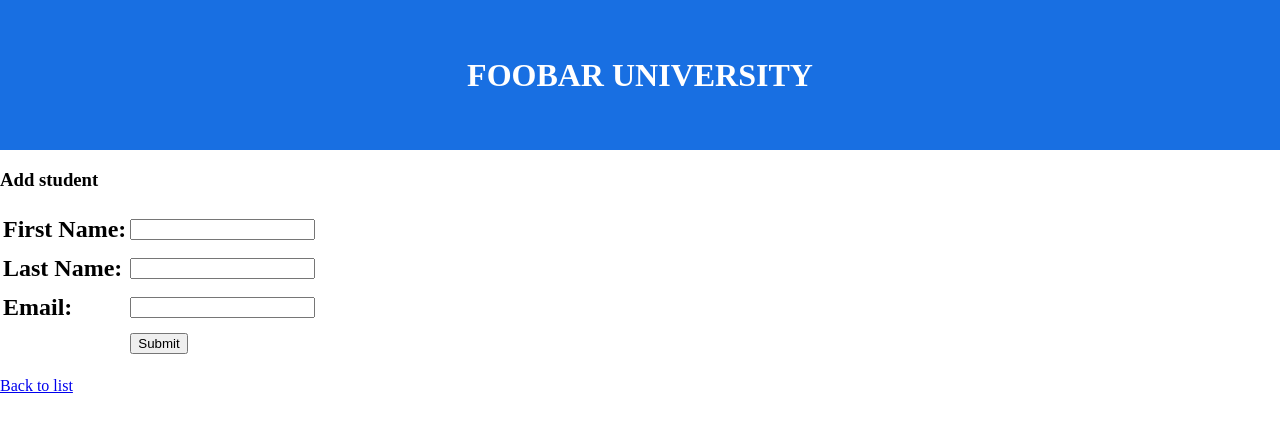
Repository: theslayer2964/Ahihihaha
Page: http://localhost/web_student_tracker/add-student-form.jsp
An editor plug-in stored every save of this project. The page is shown before and after the next save, followed by the edit.
The browser window is 1280 px wide. The pictures show the whole page.
The page is served by Tomcat 9.

Above is the page before, as saved 2022-03-05 08:14:05.

After the next save:
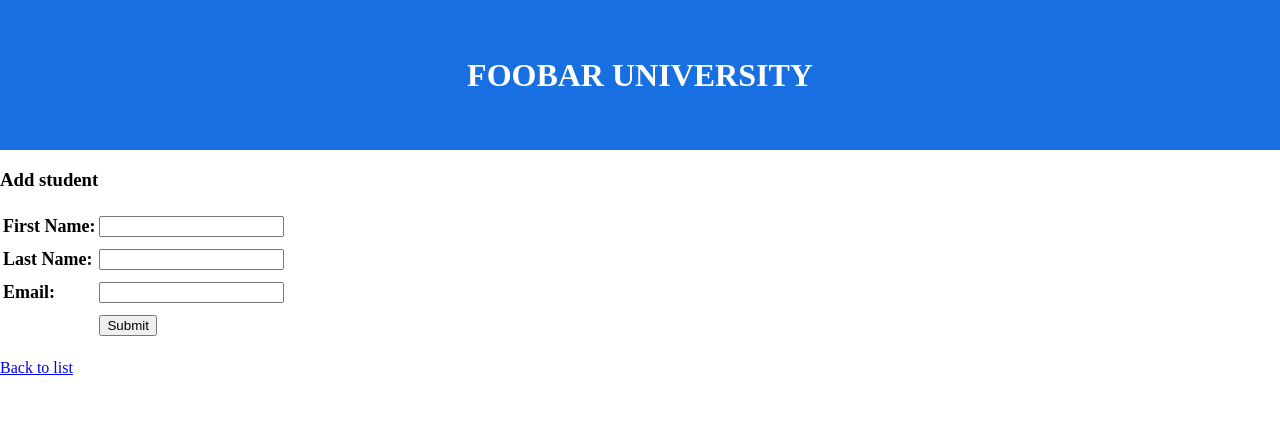
Saved 52 s later.
--- a/web_student_tracker/src/main/webapp/add-student-form.jsp
+++ b/web_student_tracker/src/main/webapp/add-student-form.jsp
@@ -9,7 +9,7 @@
 <style type="text/css">
 	label{
 	font-weight: bold;
-	font-size: 24px;
+	font-size: 18px;
 	}
 </style>
 </head>
